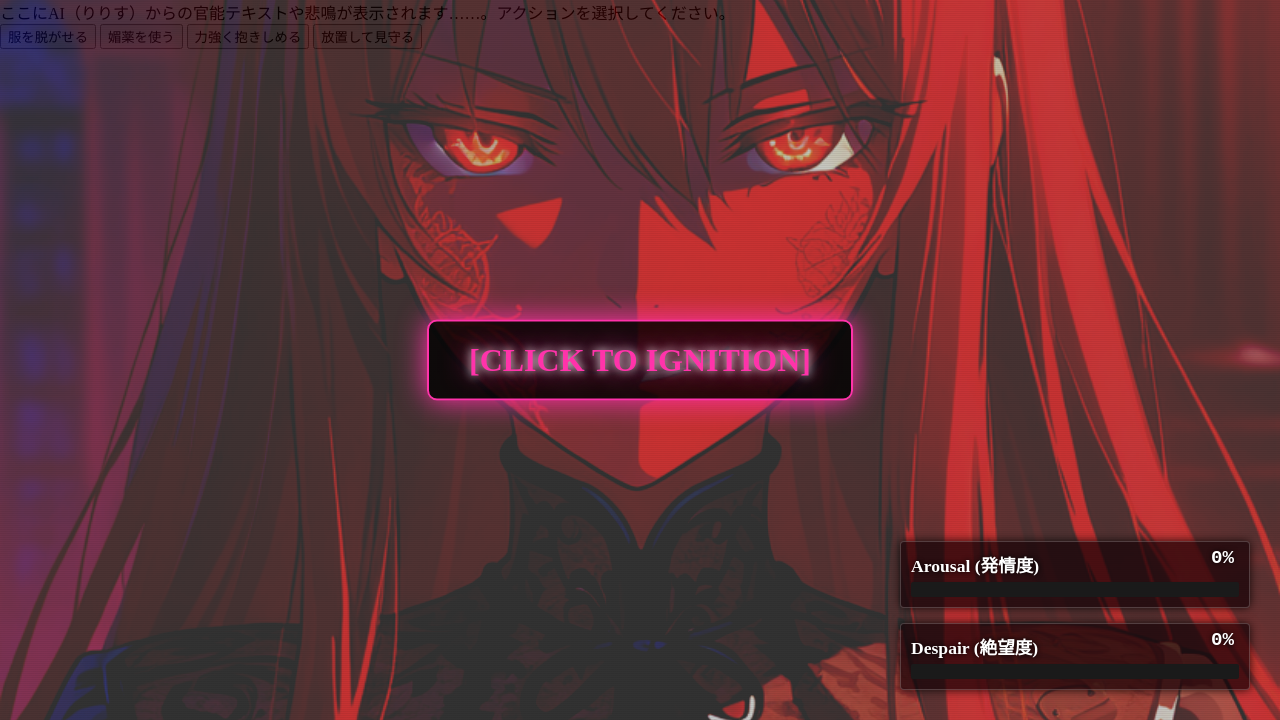
Repository: chatgdpkuesuto-sys/quest-rpg
Page: 00_Dashboard/index.html
These files come from the project's save history. The page is drawn as it stood at one moment and after the next save; the edit follows.
The browser window is 1280 px wide. The pictures show the whole page.

Above is the page before, as saved 2026-02-20 07:21:59.

### 00_Dashboard/index.html
<!DOCTYPE html>
<html lang="ja">

<head>
    <meta charset="UTF-8">
    <meta name="viewport" content="width=device-width, initial-scale=1.0">
    <title>Machadun Dashboard (OBS Overlay)</title>
    <link rel="stylesheet" href="style.css">
</head>

<body>
    <!-- 背景CG用コンテナ -->
    <div id="bg-container">
        <!-- 初期画像。生成後は最新画像に置き換わります -->
        <img id="bg-image" src="outputs/latest.png" alt="Current CG"
            onerror="this.src=''; this.style.backgroundColor='#0a0000';">
    </div>

    <!-- 狂気・発情エフェクト用オーバーレイ -->
    <div id="blood-overlay"></div>
    <div id="glitch-overlay"></div>

    <!-- ステータスバー（画面下部などに配置） -->
    <div id="status-container">
        <div class="status-box">
            <div class="status-label">Arousal (発情度)</div>
            <div class="progress-bar">
                <div id="arousal-fill" class="progress-fill arousal"></div>
            </div>
            <div id="arousal-value" class="status-value">0%</div>
        </div>

        <div class="status-box">
            <div class="status-label">Despair (絶望度)</div>
            <div class="progress-bar">
                <div id="despair-fill" class="progress-fill despair"></div>
            </div>
            <div id="despair-value" class="status-value">0%</div>
        </div>
    </div>

    <!-- BGM等制御用の初期化ボタン (ブラウザの自動再生ポリシー対策用) -->
    <div id="init-audio" onclick="initEngine()">[CLICK TO IGNITION]</div>

    <!-- Zundamon Voice Player -->
    <audio id="voice-player" src="outputs/voice.wav" preload="none"></audio>

    <!-- 🌟 NEW: ダイアログ（テキスト）ボックス 🌟 -->
    <div id="dialogue-container">
        <div id="dialogue-text">ここにAI（りりす）からの官能テキストや悲鳴が表示されます……。アクションを選択してください。</div>
    </div>

    <!-- プレイヤーアクションパネル (Neural Bridge) -->
    <div id="action-panel">
        <button class="action-btn" onclick="sendAction('服を脱がせる')">服を脱がせる</button>
        <button class="action-btn" onclick="sendAction('媚薬を使う')">媚薬を使う</button>
        <button class="action-btn" onclick="sendAction('力強く抱きしめる')">力強く抱きしめる</button>
        <button class="action-btn" onclick="sendAction('放置して見守る')">放置して見守る</button>
    </div>

    <!-- Neural Bridge送信用スクリプト -->
    <script>
        async function sendAction(actionName) {
            console.log("Action Sent:", actionName);

            // 視覚的フィードバック（ボタンクリック時）
            document.body.style.animation = "shake 0.2s";
            setTimeout(() => document.body.style.animation = "none", 200);

            try {
                // URLパラメータにタイムスタンプをつけてキャッシュを完全に無効化する
                await fetch(`http://localhost:5000/action?t=${Date.now()}`, {
                    method: 'POST',
                    headers: {
                        'Content-Type': 'application/json',
                        'Cache-Control': 'no-cache'
                    },
                    body: JSON.stringify({ action: actionName, time: Date.now() })
                });
            } catch (e) {
                console.error("Failed to send action:", e);
            }
        }
    </script>

    <!-- 設定ファイル読込 -->
    <script src="status.js"></script>
    <!-- エンジンロジック読込 -->
    <script src="engine.js"></script>
</body>

</html>

### 00_Dashboard/style.css
/* ==============================================
   00_Dashboard: OBS Overlay CSS
============================================== */

:root {
    --neon-pink: #ff33aa;
    --deep-red: #cc0000;
    --bar-bg: rgba(20, 0, 5, 0.7);
}

body,
html {
    margin: 0;
    padding: 0;
    width: 100%;
    height: 100%;
    overflow: hidden;
    background-color: transparent;
    /* OBSで透過させるため */
    font-family: 'Shippori Mincho', "Noto Serif JP", serif;
}

/* --- BACKGROUND CG --- */
#bg-container {
    position: absolute;
    top: 0;
    left: 0;
    width: 100%;
    height: 100%;
    z-index: 1;
    overflow: hidden;
    display: flex;
    justify-content: center;
    align-items: center;
}

#bg-image {
    min-width: 100%;
    min-height: 100%;
    object-fit: cover;
    opacity: 0.8;
    /* 好みに応じて調整。透過チャット画面の後ろで輝く */
    filter: brightness(0.7) contrast(1.2);
    transition: all 0.5s ease;
}

/* --- OVERLAYS --- */
#blood-overlay {
    position: absolute;
    top: 0;
    left: 0;
    width: 100%;
    height: 100%;
    pointer-events: none;
    box-shadow: inset 0 0 0px rgba(255, 0, 128, 0);
    z-index: 5;
    transition: box-shadow 0.5s ease;
}

#glitch-overlay {
    position: absolute;
    top: 0;
    left: 0;
    width: 100%;
    height: 100%;
    pointer-events: none;
    background: repeating-linear-gradient(0deg,
            rgba(0, 0, 0, 0.1),
            rgba(0, 0, 0, 0.1) 1px,
            transparent 1px,
            transparent 2px);
    z-index: 6;
    opacity: 0.5;
}

/* 常に発動する心音パルス（発情度MAX用） */
.pulse-extreme {
    animation: extremePulse 0.8s infinite alternate !important;
}

@keyframes extremePulse {
    0% {
        transform: scale(1);
        box-shadow: inset 0 0 50px rgba(255, 0, 128, 0.4);
        filter: brightness(1);
    }

    100% {
        transform: scale(1.03);
        box-shadow: inset 0 0 150px rgba(255, 0, 50, 0.8);
        filter: brightness(1.3) contrast(1.5);
    }
}

/* --- STATUS BARS --- */
#status-container {
    position: absolute;
    bottom: 30px;
    right: 30px;
    width: 350px;
    z-index: 10;
    display: flex;
    flex-direction: column;
    gap: 15px;
}

.status-box {
    background: var(--bar-bg);
    border: 1px solid rgba(255, 255, 255, 0.2);
    border-radius: 4px;
    padding: 10px;
    box-shadow: 0 0 10px rgba(0, 0, 0, 0.8);
    position: relative;
}

.status-label {
    color: white;
    font-size: 1.1rem;
    font-weight: bold;
    margin-bottom: 5px;
    text-shadow: 0 0 5px black;
}

.progress-bar {
    width: 100%;
    height: 15px;
    background: #1a1a1a;
    border-radius: 2px;
    overflow: hidden;
    position: relative;
}

.progress-fill {
    height: 100%;
    width: 0%;
    transition: width 1s cubic-bezier(0.4, 0, 0.2, 1);
}

.progress-fill.arousal {
    background: linear-gradient(90deg, #aa0055, var(--neon-pink));
    box-shadow: 0 0 10px var(--neon-pink);
}

.progress-fill.despair {
    background: linear-gradient(90deg, #550000, var(--deep-red));
    box-shadow: 0 0 10px var(--deep-red);
}

.status-value {
    position: absolute;
    top: 5px;
    right: 15px;
    color: white;
    font-weight: bold;
    font-family: monospace;
    font-size: 1.2rem;
    text-shadow: 0 0 5px black;
}

/* アラートアニメーション */
.alert-glow {
    animation: alertGlow 0.5s infinite alternate;
}

@keyframes alertGlow {
    0% {
        border-color: rgba(255, 51, 170, 0.5);
        box-shadow: 0 0 10px rgba(255, 51, 170, 0.5);
    }

    100% {
        border-color: rgba(255, 51, 170, 1);
        box-shadow: 0 0 30px rgba(255, 51, 170, 1);
    }
}

/* --- INIT BUTTON --- */
#init-audio {
    position: absolute;
    top: 50%;
    left: 50%;
    transform: translate(-50%, -50%);
    z-index: 100;
    color: var(--neon-pink);
    font-size: 2rem;
    font-weight: bold;
    cursor: pointer;
    background: rgba(0, 0, 0, 0.8);
    padding: 20px 40px;
    border: 2px solid var(--neon-pink);
    border-radius: 10px;
    animation: neon-btn 1.5s infinite alternate;
}

@keyframes neon-btn {
    0% {
        box-shadow: 0 0 10px var(--neon-pink);
        text-shadow: 0 0 5px #fff, 0 0 10px var(--neon-pink);
    }

    100% {
        box-shadow: 0 0 30px var(--neon-pink);
        text-shadow: 0 0 10px #fff, 0 0 30px var(--neon-pink);
    }
}

### 00_Dashboard/status.js
// ==============================================
// 00_Dashboard: Game State Data
// AI（3.1 Pro）がゲーム進行に合わせてこのファイルを直接書き換えます。
// ライブサーバー環境では、このファイルが上書き保存されると自動的に
// ブラウザがリロードされ、新しい値が取得されます。
// ==============================================

const GAME_STATE = {
    // 0〜100% の数値
    arousal: 15,    // 発情度（高くなると心音が鳴る）
    despair: 5,     // 絶望度（高くなると画面がグリッチする）

    // 背景画像への相対パス
    current_bg: "../99_Ero_Library/Images/Placeholder_CG.jpg",

    // 画面に一時的に表示するシステムメッセージやフラグ
    latest_event: "「男性」の匂いを感じ取り、ヒロインたちが集まった。",
    is_climax: false // trueになると特殊演出（フラッシュバックや絶叫オーディオなど）が発動可能
};

### 00_Dashboard/engine.js
// ==============================================
// 00_Dashboard: OBS Overlay Engine (Real-Time JSON Polling)
// ==============================================

// --- Audio Generation via Web Audio API ---
const audioCtx = new (window.AudioContext || window.webkitAudioContext)();
let heartbeatInterval = null;
let currentArousal = 0; // 同期用キャッシュ

// Audio Initialization (Must be clicked once due to browser autoplay policies)
function initEngine() {
    if (audioCtx.state === 'suspended') {
        audioCtx.resume();
    }
    document.getElementById('init-audio').style.display = 'none';

    // 0.5秒ごとにJSONをポーリングして画面を更新
    setInterval(pollGameState, 500);
    // 初期ポーリング
    pollGameState();
}

// ドクン、ドクンという心音を合成する関数
function playHeartbeat(intensity) {
    if (audioCtx.state === 'suspended') return;

    const baseFreq = 40 + (intensity * 0.5);

    const osc = audioCtx.createOscillator();
    const gainNode = audioCtx.createGain();

    osc.type = 'sine';

    osc.frequency.setValueAtTime(baseFreq, audioCtx.currentTime);
    osc.frequency.exponentialRampToValueAtTime(10, audioCtx.currentTime + 0.3);

    gainNode.gain.setValueAtTime(0, audioCtx.currentTime);
    gainNode.gain.linearRampToValueAtTime(1.0, audioCtx.currentTime + 0.05);
    gainNode.gain.exponentialRampToValueAtTime(0.1, audioCtx.currentTime + 0.15);
    gainNode.gain.linearRampToValueAtTime(0.8, audioCtx.currentTime + 0.2);
    gainNode.gain.exponentialRampToValueAtTime(0.01, audioCtx.currentTime + 0.4);

    osc.connect(gainNode);
    gainNode.connect(audioCtx.destination);

    osc.start();
    osc.stop(audioCtx.currentTime + 0.5);
}

// 発情度に応じた心音ループの更新
function updateHeartbeatLoop(arousalLevel) {
    if (currentArousal === arousalLevel) return; // 変更がなければ何もしない
    currentArousal = arousalLevel;

    if (heartbeatInterval) clearInterval(heartbeatInterval);

    if (arousalLevel < 30) return; // 30未満は心音なし

    const intervalMs = 1000 - ((arousalLevel - 30) * 8.5);

    heartbeatInterval = setInterval(() => {
        playHeartbeat(arousalLevel);

        // CSS Animation Sync
        const blood = document.getElementById('blood-overlay');
        blood.style.boxShadow = `inset 0 0 ${arousalLevel * 2}px rgba(255, 0, ${100 - arousalLevel}, ${arousalLevel / 100})`;
        setTimeout(() => {
            blood.style.boxShadow = `inset 0 0 0px rgba(255, 0, 128, 0)`;
        }, 300);

    }, intervalMs);
}

// === Asynchronous JSON Polling ===
async function pollGameState() {
    try {
        // キャッシュパージのためにタイムスタンプ付与
        const response = await fetch('status.json?t=' + new Date().getTime());
        if (!response.ok) return;
        const state = await response.json();

        // DOM Elements
        const arousalFill = document.getElementById('arousal-fill');
        const arousalVal = document.getElementById('arousal-value');
        const despairFill = document.getElementById('despair-fill');
        const despairVal = document.getElementById('despair-value');
        const bgImage = document.getElementById('bg-image');

        // Update Values smoothly
        arousalFill.style.width = `${state.arousal}%`;
        arousalVal.innerText = `${state.arousal}%`;

        despairFill.style.width = `${state.despair}%`;
        despairVal.innerText = `${state.despair}%`;

        // Update Background Image if provided
        // status.json からの更新シグナル（タイムスタンプ変更）で強制更新する
        if (state.current_image) {
            // 初回ロード時、またはタイムスタンプが更新された場合に画像・音声をリロード
            if (!window.lastImageTimestamp || state.timestamp !== window.lastImageTimestamp) {
                const timeStr = "?t=" + (state.timestamp || new Date().getTime());

                // 画像更新
                bgImage.src = state.current_image + timeStr;

                // 音声更新と再生
                const voicePlayer = document.getElementById('voice-player');
                if (voicePlayer) {
                    voicePlayer.src = "outputs/voice.wav" + timeStr;
                    voicePlayer.play().catch(e => console.log("Audio autoplay blocked:", e));
                }

                window.lastImageTimestamp = state.timestamp;
            }
        }

        // Arousal Effects (Visual Pulse)
        if (state.arousal >= 80) {
            arousalFill.parentElement.parentElement.classList.add('alert-glow');
            document.body.classList.add('pulse-extreme');
        } else {
            arousalFill.parentElement.parentElement.classList.remove('alert-glow');
            document.body.classList.remove('pulse-extreme');
        }

        // Despair Effects (Glitch)
        const glitchOverlay = document.getElementById('glitch-overlay');
        if (state.despair >= 50) {
            glitchOverlay.style.opacity = (state.despair / 100);
            if (state.despair >= 80) {
                document.body.style.animation = "shake 0.3s infinite";
            }
        } else {
            glitchOverlay.style.opacity = 0;
            document.body.style.animation = "none";
        }

        // オーディオループの即時更新
        updateHeartbeatLoop(state.arousal);

    } catch (error) {
        console.error("Failed to fetch status.json:", error);
    }
}

After the next save:
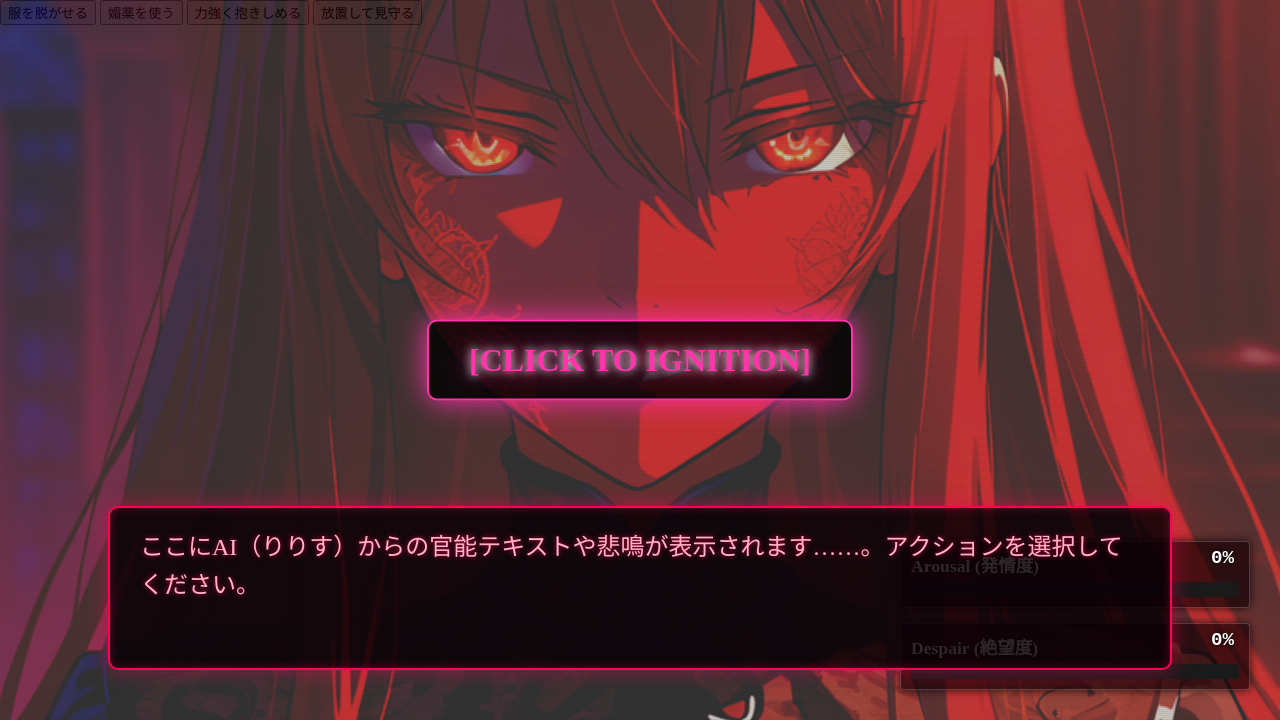
Saved 13 s later.
--- a/00_Dashboard/style.css
+++ b/00_Dashboard/style.css
@@ -1,6 +1,38 @@
 /* ==============================================
    00_Dashboard: OBS Overlay CSS
 ============================================== */
+
+/* ========================================================== */
+/* Dialogue Box (Visual Novel Style) */
+/* ========================================================== */
+
+#dialogue-container {
+    position: absolute;
+    bottom: 50px;
+    left: 50%;
+    transform: translateX(-50%);
+    width: 80%;
+    max-width: 1000px;
+    background: rgba(10, 0, 5, 0.85);
+    border: 2px solid #ff0055;
+    border-radius: 10px;
+    padding: 20px 30px;
+    box-shadow: 0 0 20px rgba(255, 0, 85, 0.5), inset 0 0 10px rgba(255, 0, 85, 0.3);
+    z-index: 40;
+}
+
+#dialogue-text {
+    font-family: 'Times New Roman', serif;
+    color: #ffb3c6;
+    font-size: 24px;
+    line-height: 1.6;
+    text-shadow: 0 0 5px rgba(255, 0, 85, 0.8);
+    min-height: 120px;
+}
+
+/* ========================================================== */
+/* Action Panel (Neural Bridge UI) */
+/* ========================================================== */
 
 :root {
     --neon-pink: #ff33aa;
